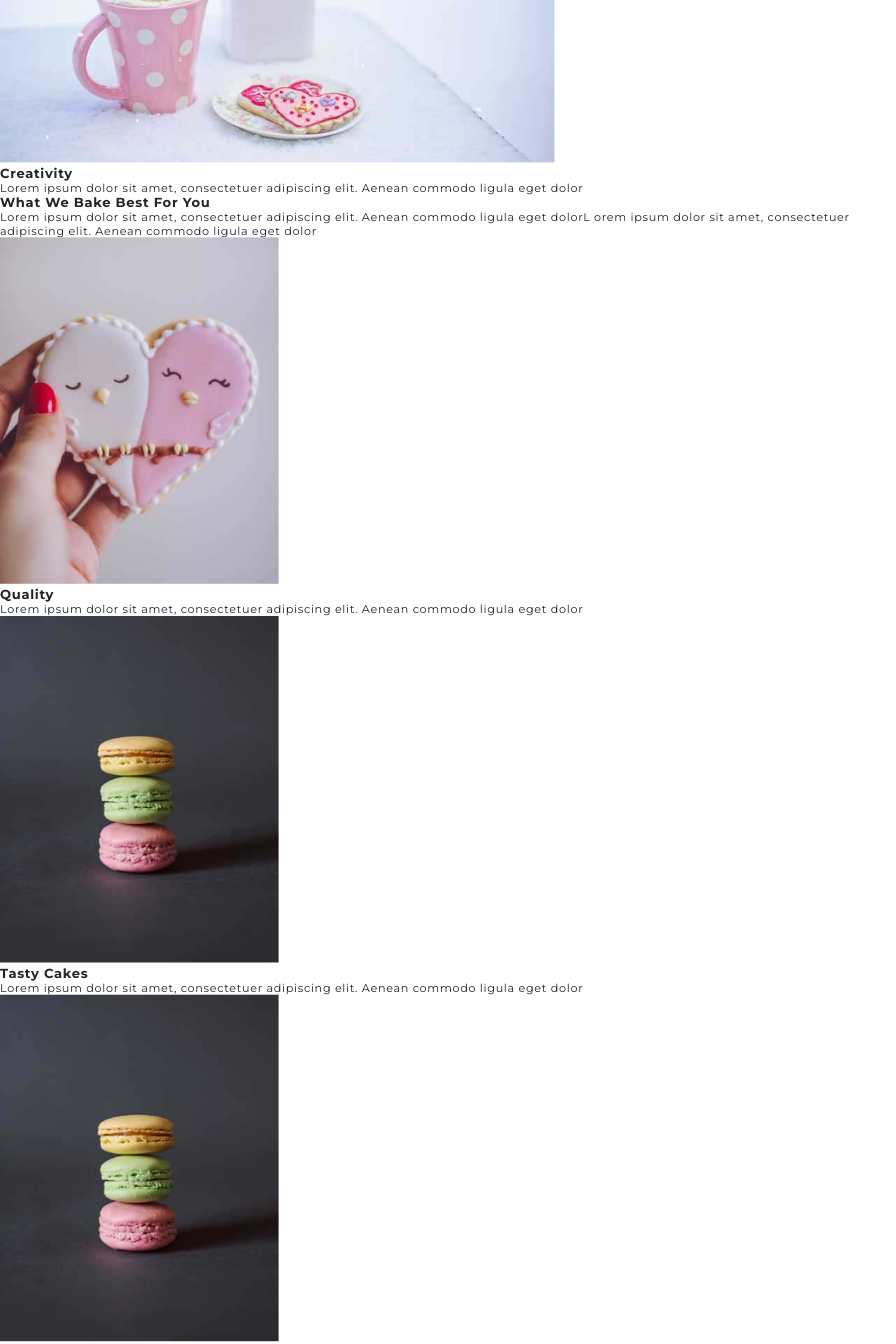
Repository: ducdatit2002/bake-cake
Page: index.html
These files come from the project's save history. The page is drawn as it stood at one moment and after a run of saves; the edit follows.
The browser window is 1280 px wide. The pictures show the part of the page from y = 1090 to 3010 px (the page is 3010 px tall), at 70% of full size.

Above is the page before, as saved 2023-07-13 12:01:43.

After the next 2 saves:
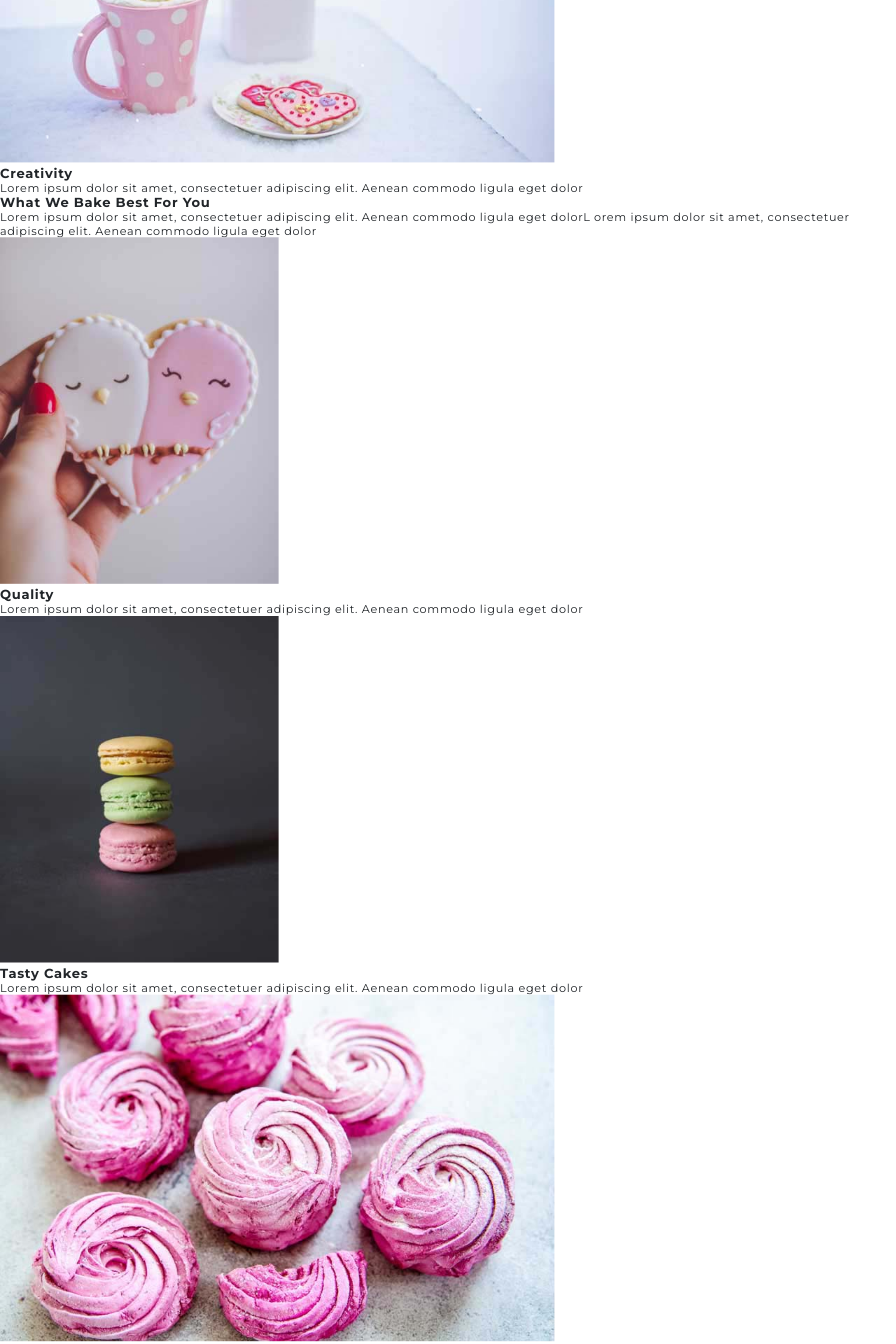
The 2 saves are shown as one change because they came seconds apart.
The last was saved 6 s later.
--- a/index.html
+++ b/index.html
@@ -84,7 +84,7 @@
             </div>
         </div>
         <div class="intro__item">
-            <img src="./img/ab3.jpg" alt="intro 3">
+            <img src="./img/ab4.jpg" alt="intro 4">
         </div>
     </section>
     <!-- NUMBER -->
